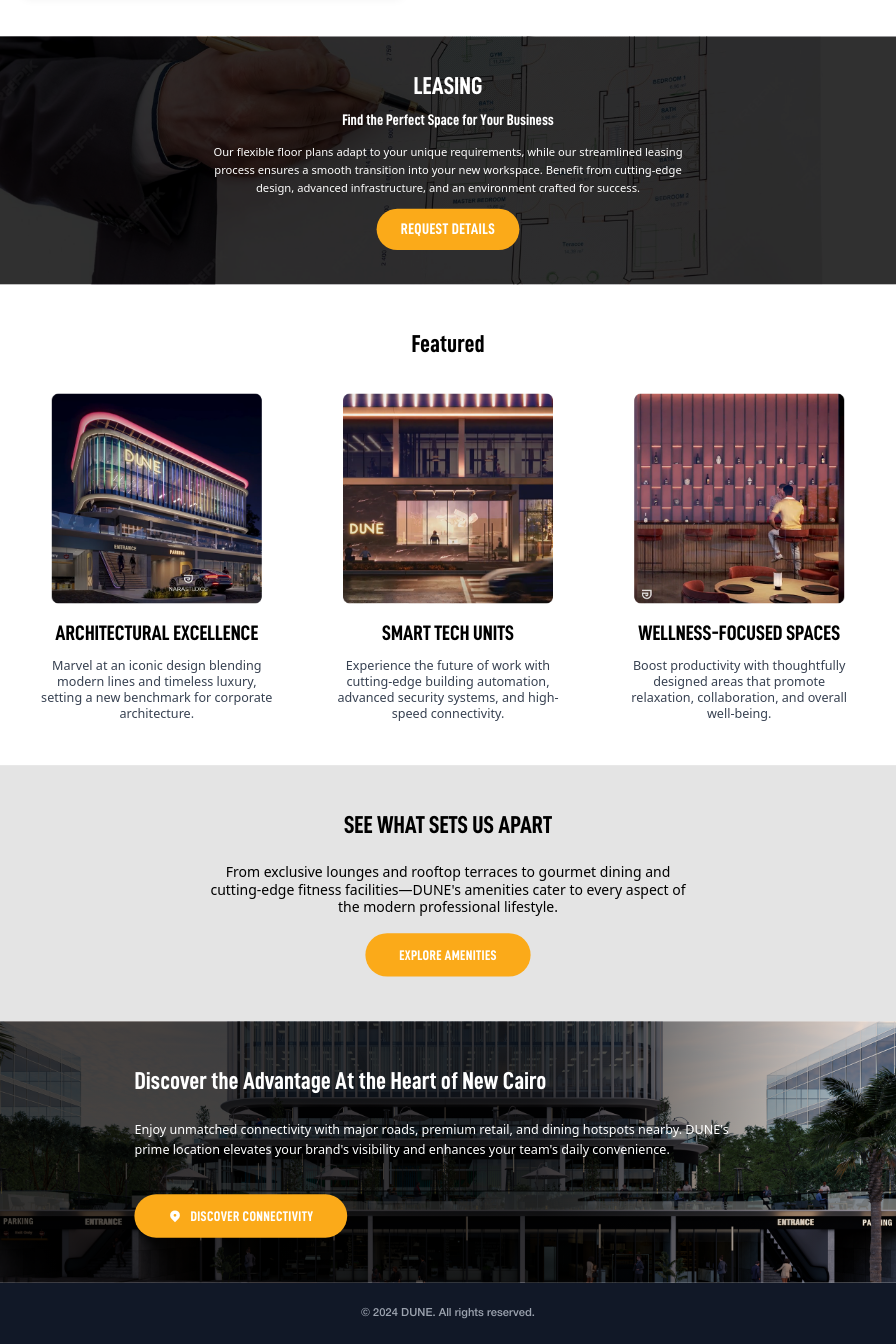
Repository: ahmedassr5765/dune
Page: index.html
An editor plug-in stored every save of this project. The page is shown before and after the next save, followed by the edit.
The browser window is 1280 px wide. The pictures show the part of the page from y = 2053 to 3973 px (the page is 3973 px tall), at 70% of full size.
Some web libraries are served in a nearby version.

Above is the page before, as saved 2025-07-12 19:06:52.

After the next save:
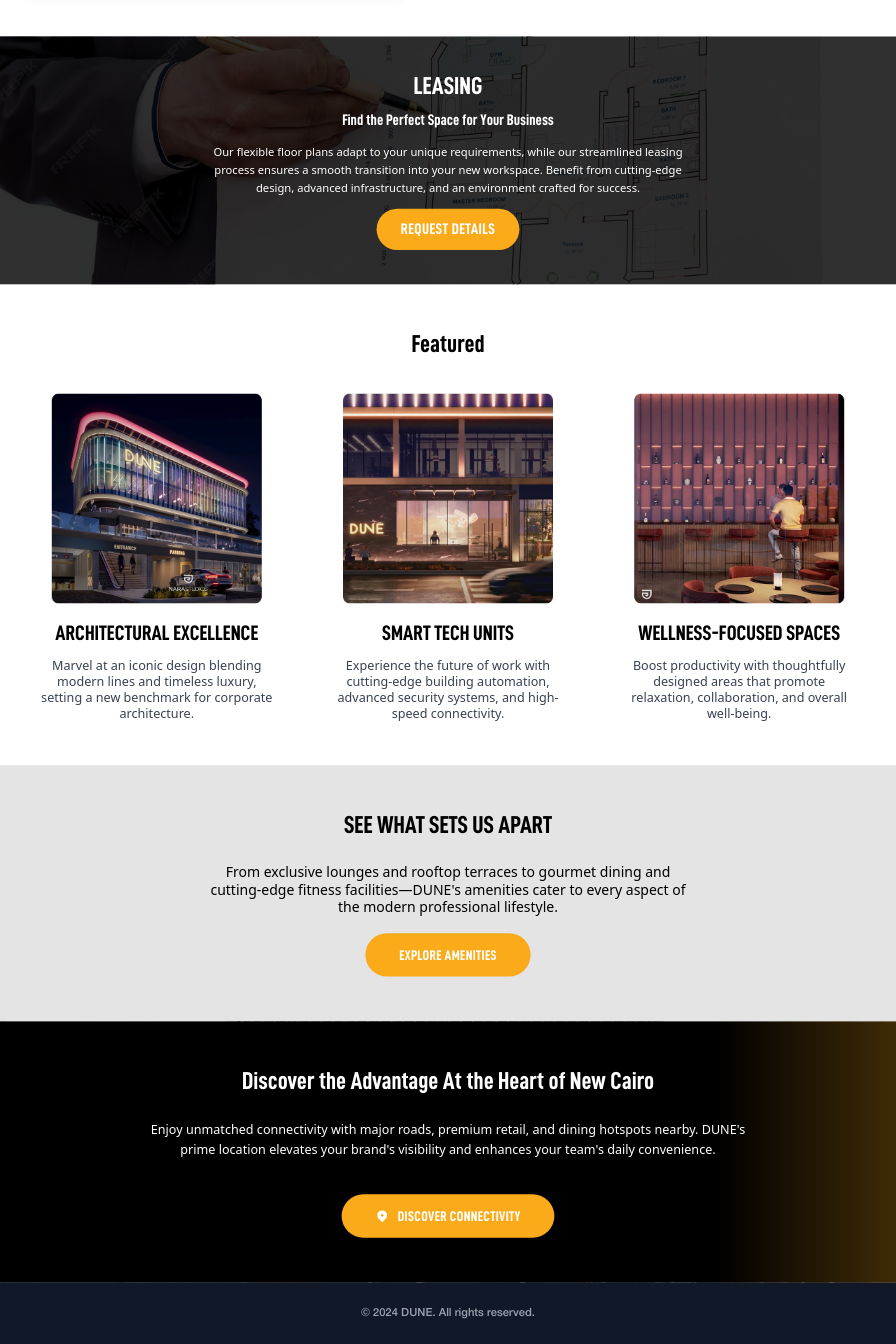
Saved 11 s later.
--- a/index.html
+++ b/index.html
@@ -400,10 +400,10 @@
     <section class="max-w-[1440px] mx-auto relative h-[373px] bg-cover bg-center bg-no-repeat" style="background-image: url('/images/discover.png');">
 
         <!-- Gradient Overlay -->
-        <div class="absolute inset-0 opacity-70" style="background: linear-gradient(to right, #000000 60%, transparent 100%);"></div>
+        <div class="absolute inset-0" style="background: linear-gradient(to right, #000000 80%, #FBAA19 160%);"></div>
 
         <!-- Content -->
-        <div class="relative z-10 h-full flex flex-col justify-center items-start text-left px-4 sm:px-6 lg:px-8 pl-16">
+        <div class="relative z-10 h-full flex flex-col justify-center items-center text-center px-4 sm:px-6 lg:px-8">
             <div class="max-w-5xl mx-auto">
 
                 <!-- Main Heading -->
